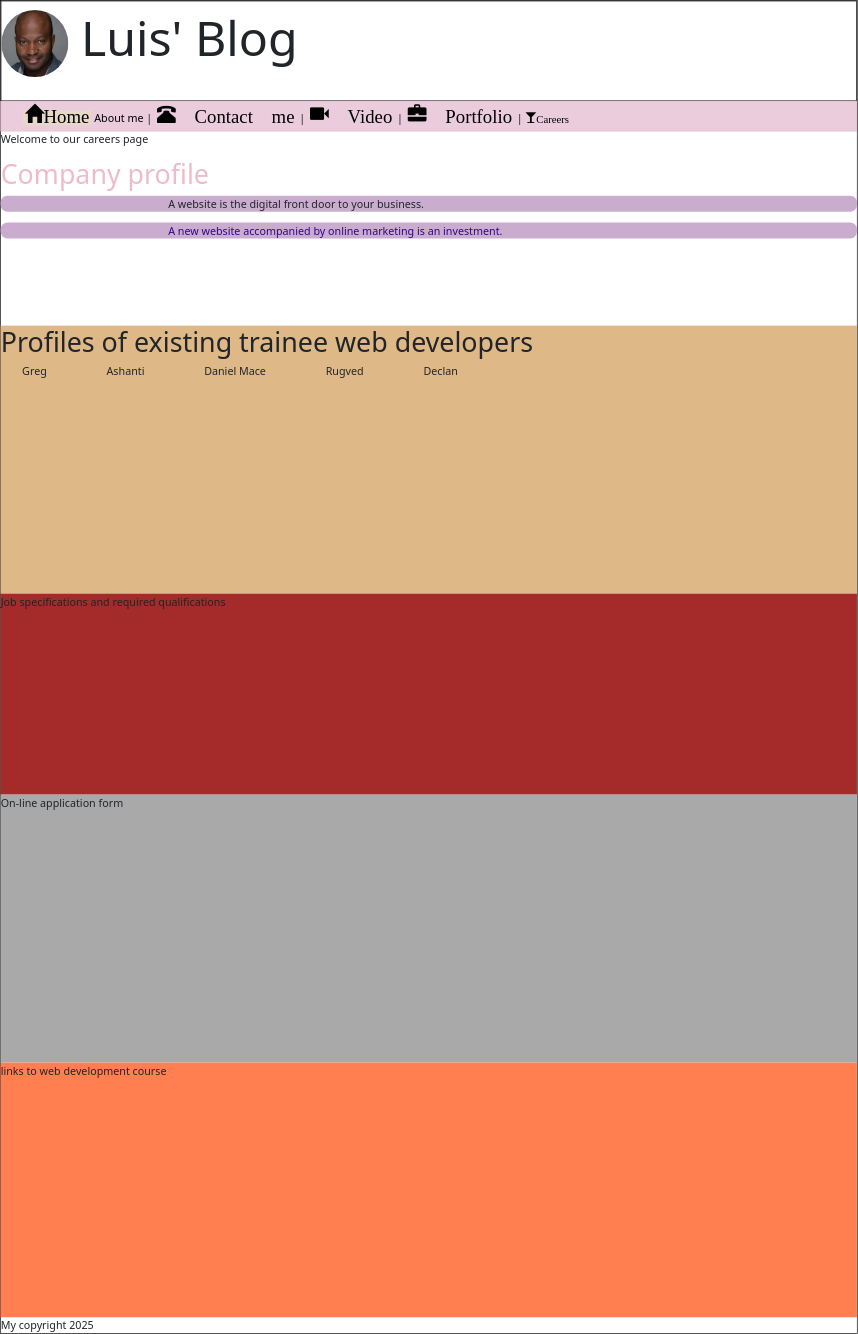
Repository: wduluis/wduluis.github.io
Page: careers.html
These files come from the project's save history. The page is drawn as it stood at one moment and after the next save; the edit follows.
The browser window is 1280 px wide. The pictures show the whole page, at 67% of full size.

Above is the page before, as saved 2025-05-09 12:16:09.

After the next save:
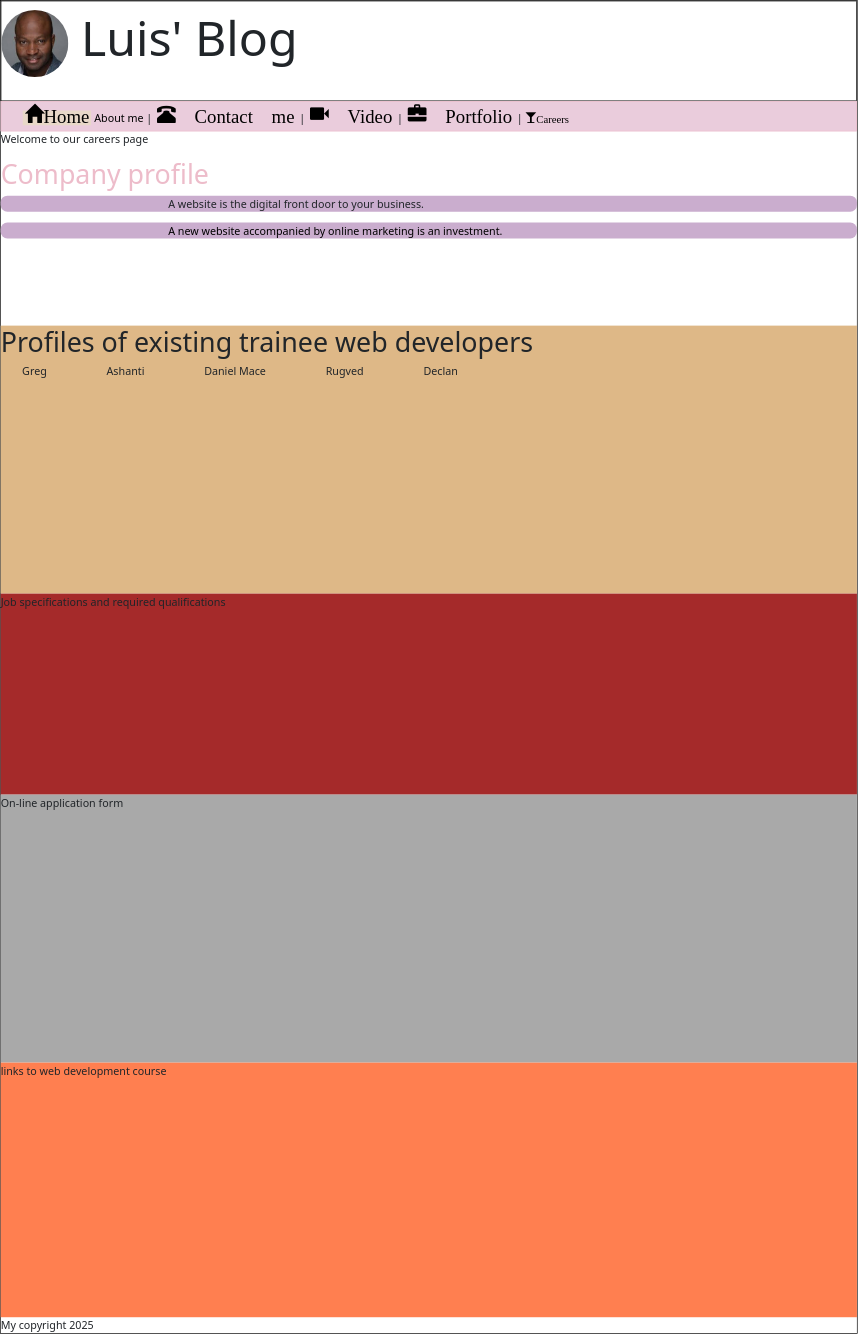
Saved 21 s later.
--- a/mycss/myblog.css
+++ b/mycss/myblog.css
@@ -144,5 +144,5 @@ border: 1px solid #000;
 }
 
 .pp2 {
-    color: #33028d;
+    color: #000;
 }
